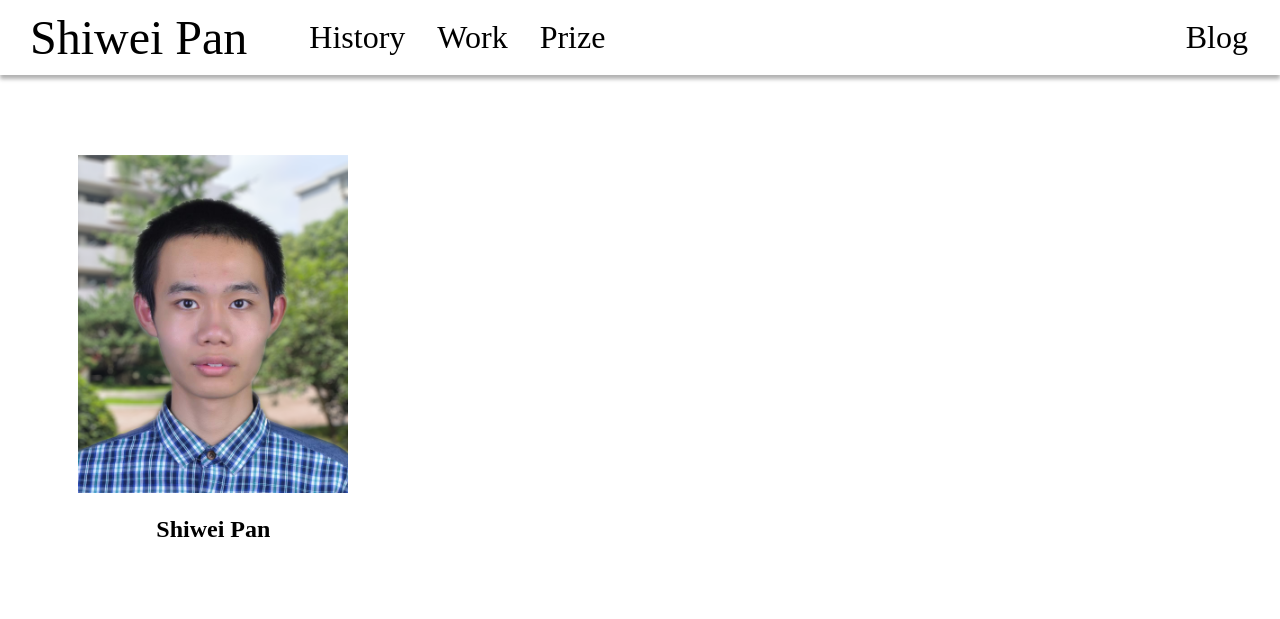
Repository: erikpsw/web
Page: new/psw.html
An editor plug-in stored every save of this project. The page is shown before and after the next save, followed by the edit.
The browser window is 1280 px wide. The pictures show the whole page.

Above is the page before, as saved 2022-06-16 22:13:56.

### new/psw.html
<!DOCTYPE html>
<html>
<head>
<meta charset="utf-8">
<title>Shiwei Pan</title>
<link rel="stylesheet" type="text/css" href="styles.css">
</head>
<body class="body">
<nav id="start_box">
    <a class="nav" id="title" href="">Shiwei Pan</a>
    <a class="nav" href="" >History</a>
    <a class="nav" href="">Work</a>
    <a class="nav" href="">Prize</a>
    <a class="nav" id="myblog" target="_blank" href="https://erikpsw.github.io/">Blog</a>
</nav>
<section>
    <div id="profile">
        <img src="\pic\mine.png" id="mine">
        <h2 id="intro">Shiwei Pan</h2>
    </div>
</section>
</body>
</html>

### new/styles.css
#start_box
{
    background-color: whit;
    display:flex;
    box-shadow: 0 0.25rem 0.25rem 0 rgb(0 0 0 / 31%);
}

#title{
    text-decoration: none;
    font-family:"Times New Roman",Georgia,Serif;
    font-style:inherit;
    padding:10px 30px 10px;
    color:black;
    font-size: 3em;
}

.nav{
    text-decoration: none;
    font-family:"Times New Roman",Georgia,Serif;
    padding-left:1em;
    color:black;
    display: inline-flex;
    align-items: center;
    font-size: 2em;
}

.body{
    margin: 0%;
}

#myblog{
    margin-left: auto;
    padding-right: 1em;
}

#mine{
    width: 270px;
    height: 337.5px;
}

#profile{
    text-align: center;
    margin-top: 5em;
    max-width: 33.333%;
}

#intro{
    font-family: "Times New Roman",Georgia,Serif;
}

After the next save:
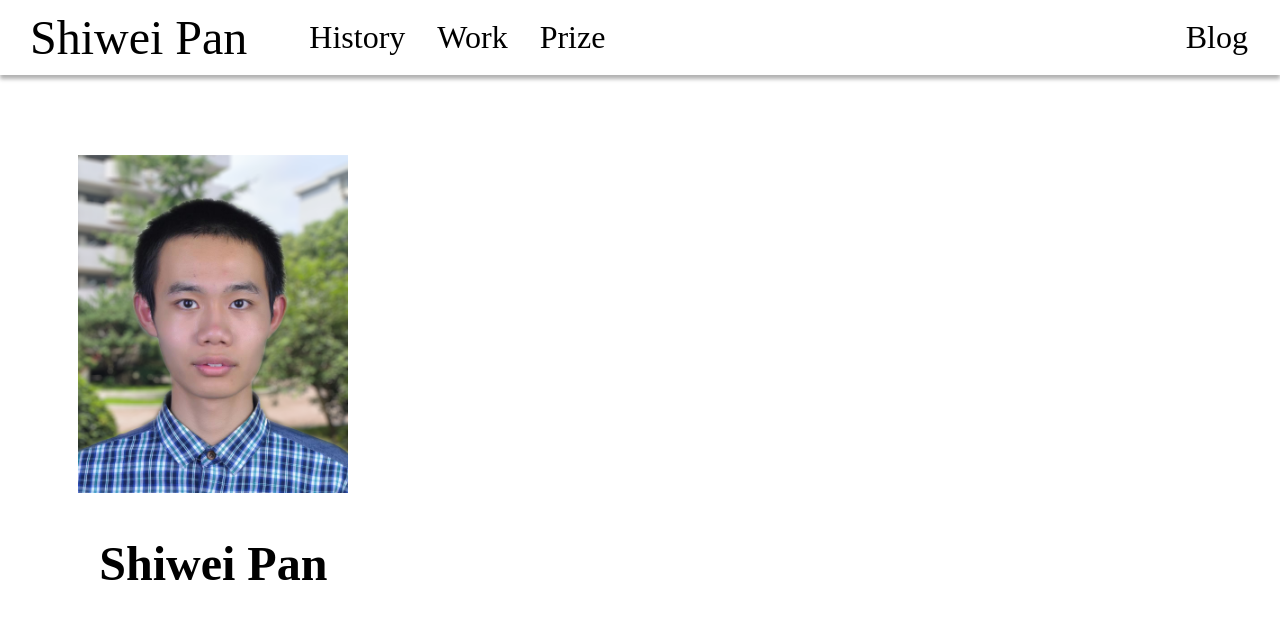
Saved 24 s later.
--- a/new/styles.css
+++ b/new/styles.css
@@ -46,4 +46,5 @@
 
 #intro{
     font-family: "Times New Roman",Georgia,Serif;
+    font-size: 3em;
 }

After the save that followed:
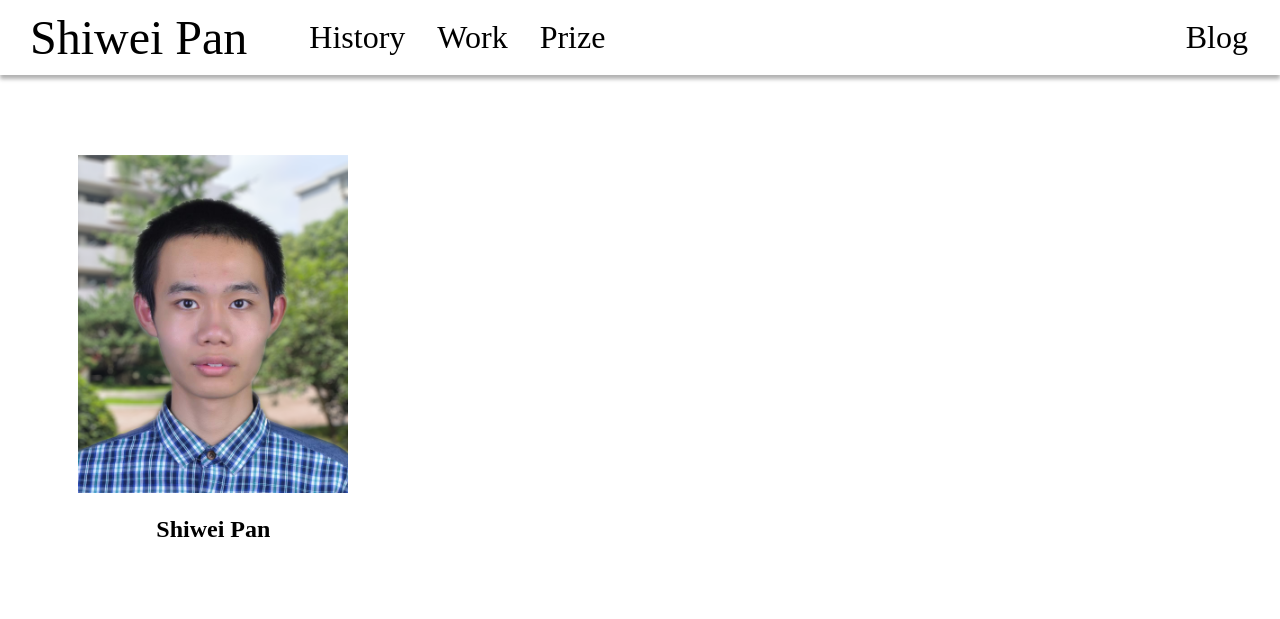
Saved 7 s later.
--- a/new/styles.css
+++ b/new/styles.css
@@ -46,5 +46,5 @@
 
 #intro{
     font-family: "Times New Roman",Georgia,Serif;
-    font-size: 3em;
+    font-size: 1.5em;
 }
